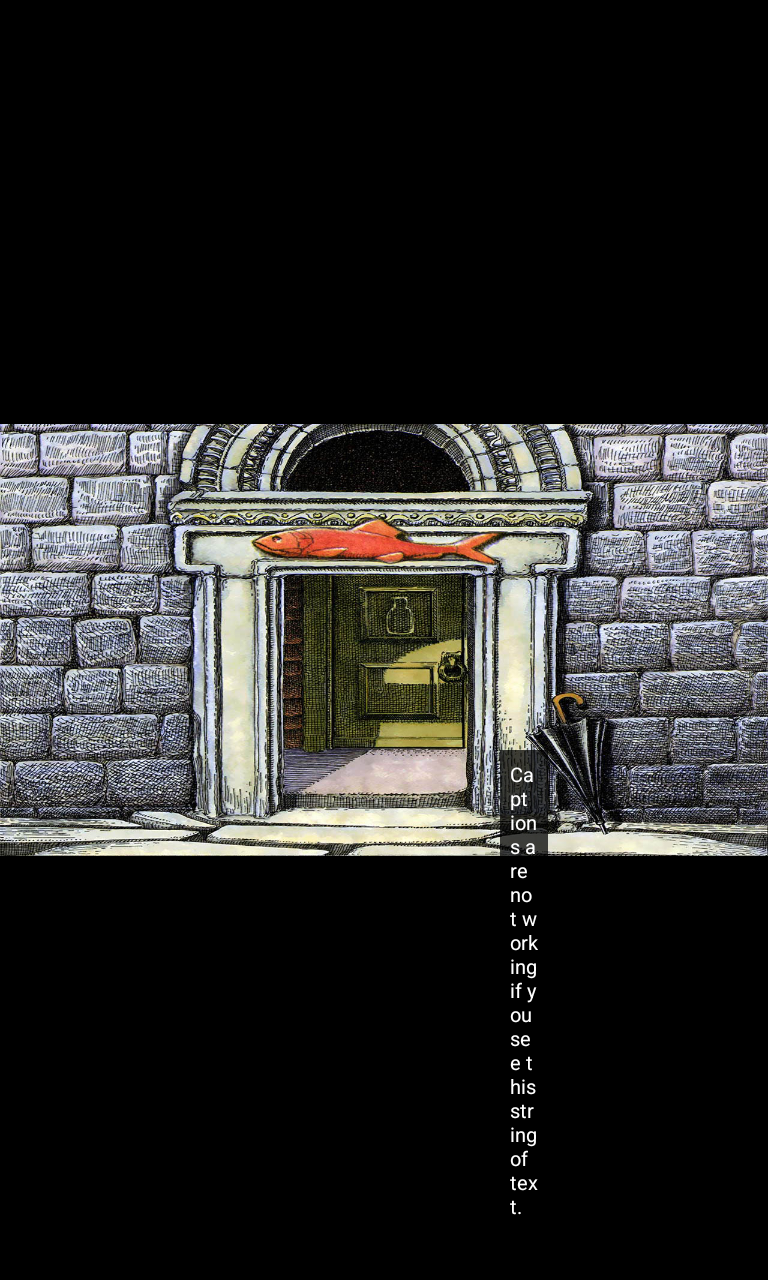
Repository: RandyLedbetter/maze
Layout: MazeTest/res/layout/activity_main.xml
The author's editor kept a copy of each file at every save. The layout is drawn from the files as they stood at one save, then again after the next save.
It is drawn on a 768 x 1280 px phone screen (xhdpi) without system bars, with theme android:Theme.NoTitleBar.Fullscreen; the app's code is not run.

Above is the layout before, as saved 2014-04-12 14:13:03.

After the next save:
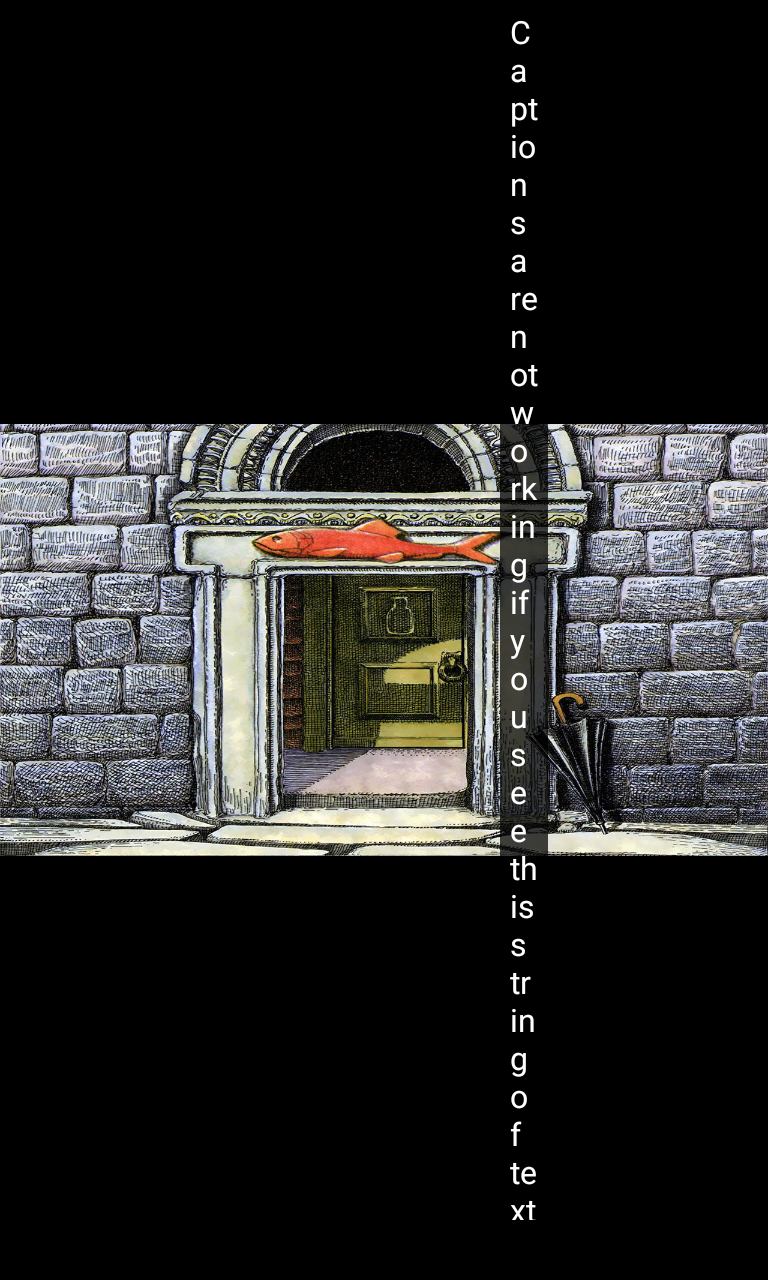
Saved 48 s later.
--- a/MazeTest/res/layout/activity_main.xml
+++ b/MazeTest/res/layout/activity_main.xml
@@ -31,7 +31,7 @@
       android:layout_marginRight="110dp"
       android:layout_marginBottom="25dp"
       android:background="#BB000000"
-      android:textSize="10dip"
+      android:textSize="16sp"
       android:textColor="#FFFFFF"
       android:padding="5dp"
       android:typeface="sans"
